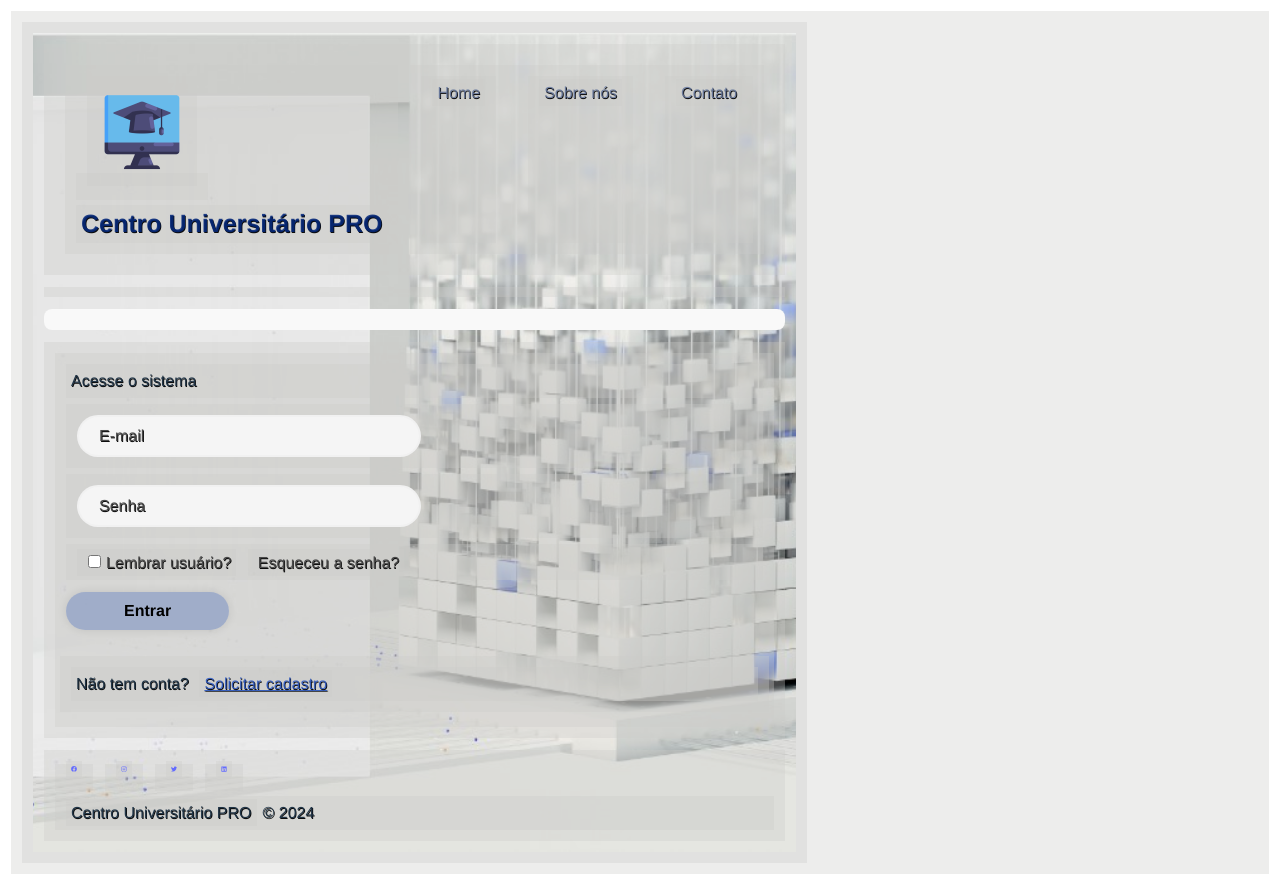
Repository: DanuziaRA/Cadastros-de-Usuarios
Page: /
The author's editor kept a copy of each file at every save. The page is drawn from the files as they stood at one save, then again after a run of saves.
The browser window is 1280 px wide. The pictures show the whole page.
The project was rebuilt for these pictures with package versions that can differ from the ones it lists, and the page was loaded fresh each time. Also part of the build but not shown: vite.config.js, src/components/Footer.css, src/router/Contact.jsx, src/router/ErrorPage.jsx, src/router/ContactDetails.jsx, src/router/Company.jsx, src/router/Forget.jsx.

Above is the page before, as saved 2024-10-01 12:30:32.

After the next 2 saves:
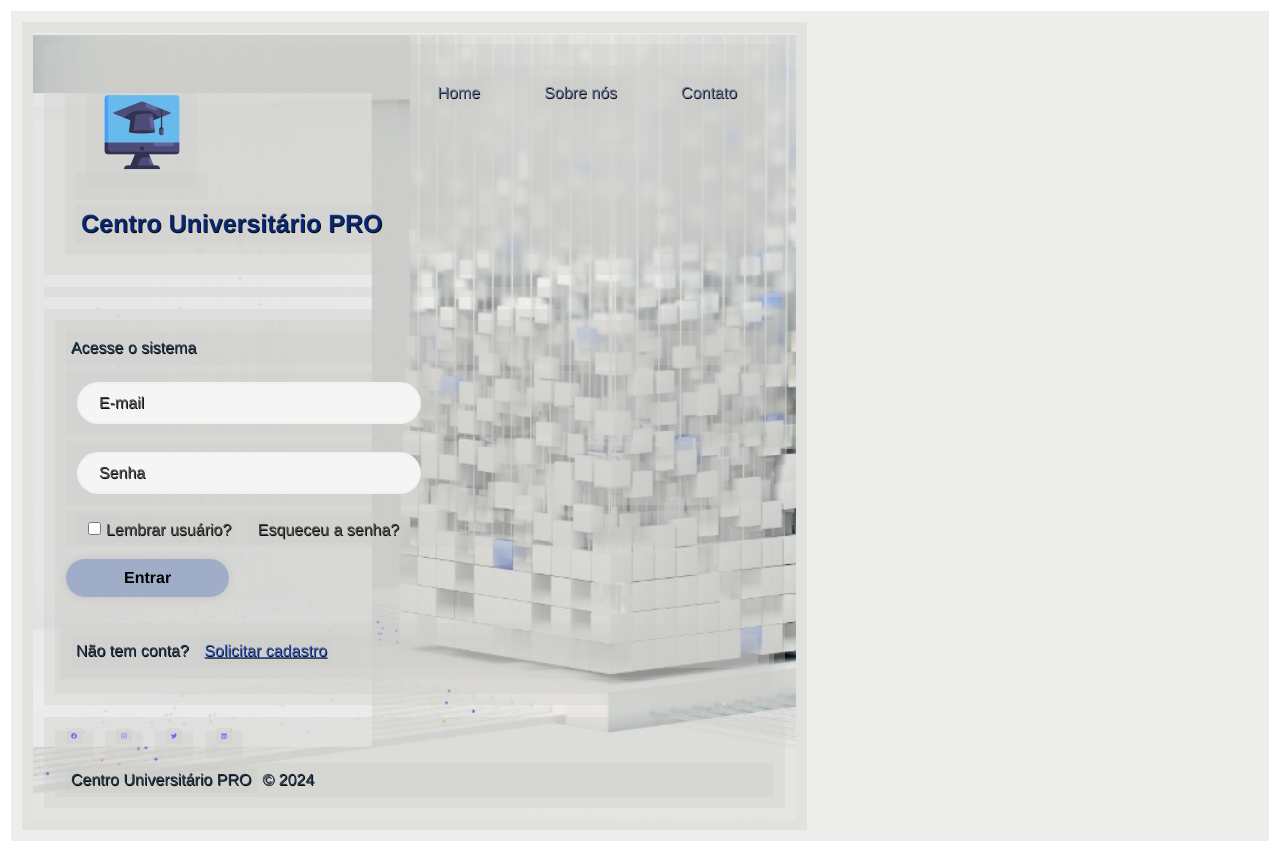
The 2 saves are shown as one change because 1 did not build or start.
The last was saved 22 s later.
--- a/src/App.jsx
+++ b/src/App.jsx
@@ -10,7 +10,6 @@ function App() {
       <div className='App'>
         <Navbar />
         <h1></h1>
-        <button className='mybutton'></button>
         <Outlet />
         <Footer />
     </div>
